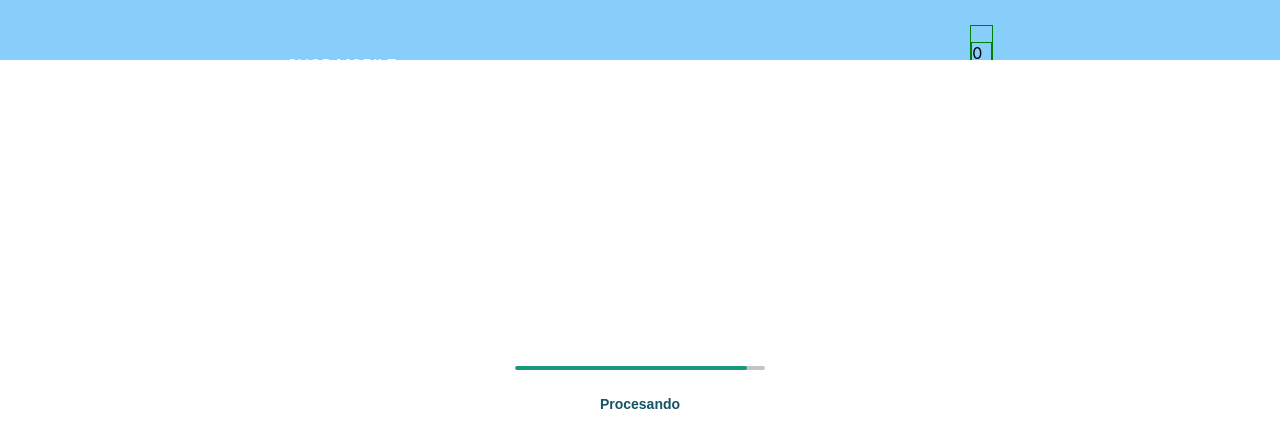
Repository: banchiec/atInditex
Page: /
These files come from the project's save history. The page is drawn as it stood at one moment and after a run of saves; the edit follows.
The browser window is 1280 px wide. The pictures show the whole page.
The page's requests for data from a server got no answer. The project was rebuilt for these pictures with package versions that can differ from the ones it lists, and the page was loaded fresh each time. No one was signed in, and anything a server would have sent is missing. Also part of the build but not shown: src/components/Cards/CardProductItem/cardProductItemStyled.js, src/components/Cards/CardProductItem/CardProductItem.js, src/services/cart.services.js, src/utils/products/cart.utils.js, src/screen/DetailsProductScreen/components/ButtonOptions/buttonOptionsStyled.js, src/screen/DetailsProductScreen/components/ButtonOptions/ButtonOptions.js, src/screen/DetailsProductScreen/styles/detailsProductScreenStyled.js, src/screen/DetailsProductScreen/DetailsProductScreen.js.

Above is the page before, as saved 2022-09-08 10:52:38.

### src/App.js
import {BrowserRouter as Router, Routes, Route } from 'react-router-dom'
import * as path from './utils/paths'
import Header from './components/Header/Header';
import ProductsScreen from './screen/ProductsScreen/ProductsScreen';
import DetailsProductScreen from './screen/DetailsProductScreen/DetailsProductScreen';
import { useEffect, useState } from 'react';

let counter = 0

function App() {
  const [counterCart, setCounterCart] = useState(0)

  useEffect(() => {
    handleCounterCart()
  }, [])

  const handleCounterCart = (valor) => {
    console.log(valor);
    if(valor === null){
      setCounterCart(counter)
    }
    setTimeout(() => {
      setCounterCart(valor)
    }, 1000)
    if(valor){
      counter++
    }
  }

  console.log(counterCart);

  return (
    <Router>
      <Header counterCart={counterCart} />
      <Routes>
        <Route path={path.PRODUCTPAGE} element={<ProductsScreen/>} />
        <Route path={path.DETAILSPAGE} element={<DetailsProductScreen handleCounterCart={handleCounterCart} />}  />
      </Routes>
    </Router>
  );
}

export default App;

### src/utils/paths.js
export const PRODUCTPAGE= '/'
export const DETAILSPAGE= '/product/details/:id'

### src/components/Header/Header.js
import { Link } from "react-router-dom"
import {BsCart} from 'react-icons/bs'
import * as path from '../../utils/paths'
import { ContainerHeader } from "./headerStyled"
import { useEffect, useState } from "react"

const Header = ({counterCart}) => {
  const [cartItems,setCartItems] = useState()

  useEffect(() => {
    if(counterCart === null){
      setCartItems(0)
    }
    setCartItems(counterCart?.countItems)
  }, [])

  console.log(counterCart);

  return(
    <ContainerHeader>
      <Link to={path.PRODUCTPAGE}>
        SHOP MOBILE
      </Link>
      <div>
        <p>
        { counterCart != null ? counterCart?.countItems: 0}
        </p>
        <BsCart/>
      </div>
    </ContainerHeader>
  )
}
export default Header

### src/screen/ProductsScreen/ProductsScreen.js
import { useEffect, useState } from "react"
import CardProductItem from "../../components/Cards/CardProductItem/CardProductItem"
import Loader from "../../components/Loaders/Loader"
import { getProducts } from "../../utils/products/products.utils"
import { getWithExpiry } from "../../utils/localStorage"
import { ContainerProducts, Filter, Search } from "./styles/productScreenStyled"

const ProductsScreen = () => {
  const [products, setProducts] = useState(null)
  const [productsSearch, setProductsSearch] = useState([])
  const [value, setValue] = useState('')
  const [alert, setAlert] = useState(null)
  const [cartItem, setCartItems] = useState(0)

  useEffect(() => {
    getProducts()
  },[])
  useEffect(()=> {
    setTimeout(() => {
      setProducts(getWithExpiry('products'));
      setProductsSearch(getWithExpiry('products'))
    }, 2000);
  },[])
  useEffect(() => {
    setTimeout(() => {
      if(getWithExpiry('products') === null){
        setAlert(
          <div>
            <h1>Es necesario volver a solicitar la información</h1>
          </div>
        )
        setProducts([])
      }
    }, 3600000)
  },[])

  const handleGetProduct = (e) => {
    setValue(e.target.value)
    filter(e.target.value)
  }
  const filter = (searchText) => {
    let resutlsSearch = productsSearch.filter((product) => {
      if(product.brand.toString().toLowerCase().includes(searchText.toLowerCase())
        || product.model.toString().toLowerCase().includes(searchText.toLowerCase())){
        return product
      }
    })
    setProducts(resutlsSearch)
  }
  return (
    <div>
      <Filter>
        <h4>LIST ITEM</h4>
        <Search
          type='text'
          placeholder="SEARCH"
          value={value}
          onChange={(e) => handleGetProduct(e)}
        />
      </Filter>
      <ContainerProducts>
        { !products ? (
          <Loader/>
        ):(
          products?.map((item) => {
            return (
              <CardProductItem
                key={item.id}
                id = {item.id}
                imgUrl={item.imgUrl}
                brand={item.brand}
                model={item.model}
                price={item.price}
              />
            )
        })) }
        {alert}
      </ContainerProducts>
    </div>
  )
}

export default ProductsScreen

### src/components/Header/headerStyled.js
import styled from "styled-components";

export const ContainerHeader = styled.header`


  @media (min-width:768px){
    display: flex;
    justify-content: space-around;
    align-items: center;
    background: #87CEFA;
    padding: 25px 0;
    border: 1px solid greee;
    a {
      text-decoration: none;
      color: #ffff;
      font-weight: 500;
    }
    svg {
      font-size: 1.3rem;
      color: #ffff;
    }
    div{
      border: 1px solid green;
      padding: 0;
      p {
        border: 1px solid green;
      }
    }
  }
`

### src/components/Loaders/Loader.js
import './styles/loader.css'

const Loader = () => {
	return(
		<div className="progress_bar animate-loader">
			<div className="progress_bar__content">
				<div className="progress_bar__wrapper">
					<div className="progress_bar__viewer">
						<div className="progress_bar__shimmer"></div>
					</div>
				</div>
				<div className="progress_bar__state" data-start="Solicitando datos" data-middle="Procesando" data-end="Casi esta!"></div>
			</div>
		</div>
	)
}
export default Loader

### src/utils/products/products.utils.js
import ProductsService from "../../services/product.services"
import { setWithExpiry } from "../localStorage"
const productService = new ProductsService()

export const getProducts = () => {
	productService.getProducts()
		.then((data)=> {
			setWithExpiry('products', JSON.stringify(data.data), 360000)
		})
		.catch((error) => console.log(error))
}
export const getDetailsProduct = (id) => {
	productService.getOneProduct(id)
	.then((data) => {
		setWithExpiry(`detailsProduct${data.data.id}`, JSON.stringify(data.data), 360000)
	})
	.catch((error) => console.log(error))
}

### src/utils/localStorage.js
export const setWithExpiry = (key, value, ttl) =>  {
	const now = new Date()
	const item = {
		value: value,
		expiry: now.getTime() + ttl,
	}
	localStorage.setItem(key, JSON.stringify(item))
}

export const getWithExpiry = (key) =>  {
	const itemStr =  localStorage.getItem(key)
	if (!itemStr) {
		return null
	}
	const item = JSON.parse(itemStr)
	const now = new Date()
	if (now.getTime() > item.expiry) {
		localStorage.removeItem(key)
		return null
	}
	return  JSON.parse( item.value)
}

### src/screen/ProductsScreen/styles/productScreenStyled.js
import styled from "styled-components";
export const ContainerProducts =  styled.div`
  display: flex;
  flex-direction: row;
  justify-content: center;
  flex-wrap: wrap;
	@media (min-width:768px){
  }
`
export const Filter = styled.div`
  display: flex;
  flex-direction: row;
  justify-content: space-between;
  padding:  15px 0;
  margin: 0 6em;
`
export const Search = styled.input`
	@media (min-width:768px){
		padding: 0 20px;
    text-align: end;
    border: none;
    background: whitesmoke;
    border-radius:  5px;/* border: 1px solid green; */
  }
`

### src/components/Loaders/styles/loader.css
.progress_bar {
  font-family: Arial;
  position: fixed;
  left: 0;
  bottom: 0;
  display: flex;
  width: 100%;
  align-items: center;
  justify-content: center;
  background: white;
  top: 60px;
  z-index: 999;
  height: calc(100vh - 60px);
}
.progress_bar__wrapper {
  overflow: hidden;
  border-radius: 15px;
  width: 250px;
  background-color: #c4c4c4;
  overflow: hidden;
}
.progress_bar__viewer {
  background: #17997B;
  border-radius: 4px;
  height: 4px;
  transform: scaleX(0);
  transform-origin: 0 0;
}
.progress_bar.animate-loader .progress_bar__viewer {
  animation: FillAnimation 6s cubic-bezier(0.01, 1.06, 0.71, 1) forwards infinite;
}
.progress_bar.animate-loader .progress_bar__state::before {
  content: '';
  animation: TextChange 6s infinite;
}
.progress_bar__content {
  display: flex;
  flex-direction: column;
}
.progress_bar__state {
  margin-top: 24px;
  text-align: center;
  font-size: 14px;
  line-height: 1.5;
  font-weight: bold;
  color: #155366;
}
@keyframes FillAnimation {
  0% {
    transform: scaleX(0.028);
  }
  10% {
    transform: scaleX(0.028);
  }
  20% {
    transform: scaleX(0.028);
  }
  25% {
    transform: scaleX(0.24);
  }
  35% {
    transform: scaleX(0.24);
  }
  45% {
    transform: scaleX(0.24);
  }
  50% {
    transform: scaleX(0.624);
  }
  60% {
    transform: scaleX(0.624);
  }
  70% {
    transform: scaleX(0.624);
  }
  75% {
    transform: scaleX(0.928);
  }
  85% {
    transform: scaleX(0.928);
  }
  95% {
    transform: scaleX(0.928);
  }
  100% {
    transform: scaleX(1);
  }
}
@keyframes TextChange {
  0% {
    content: attr(data-start);
  }
  24% {
    content: attr(data-start);
  }
  25% {
    content: attr(data-middle);
  }
  99% {
    content: attr(data-middle);
  }
  100% {
    content: attr(data-end);
  }
}

### src/services/product.services.js
import axios from 'axios'

class ProductsService {
	constructor() {
		this.instance = axios.create({
			baseURL: `https://front-test-api.herokuapp.com/api/product`,
			withCredentials: false
		})
	}
	deleteProduct = (id) => this.instance.delete(`/${id}`)
	getProducts = () => this.instance.get("/")
	getOneProduct = (id) => this.instance.get(`/${id}`)
	createProduct = (form) => this.instance.post("/new", form)
}
export default ProductsService;

Loaded but not shown: public/index.html (common file); src/index.js (common file); src/index.css (common file); src/reportWebVitals.js (common file)

After the next 2 saves:
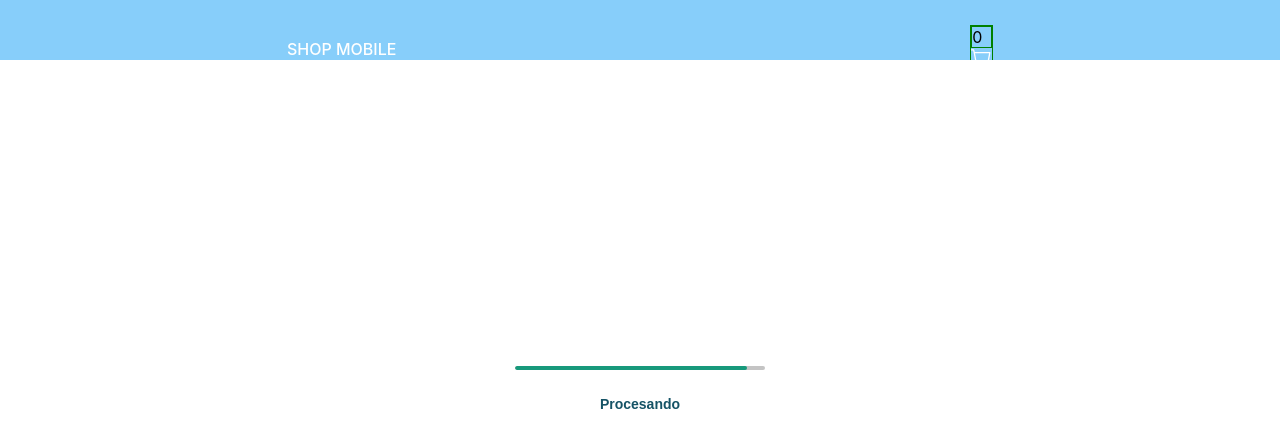
The 2 saves are shown as one change because they came seconds apart.
The last was saved 14 s later.
--- a/src/components/Header/headerStyled.js
+++ b/src/components/Header/headerStyled.js
@@ -22,8 +22,10 @@ export const ContainerHeader = styled.header`
     div{
       border: 1px solid green;
       padding: 0;
+      margin:0;
       p {
         border: 1px solid green;
+        margin:0 ;
       }
     }
   }
